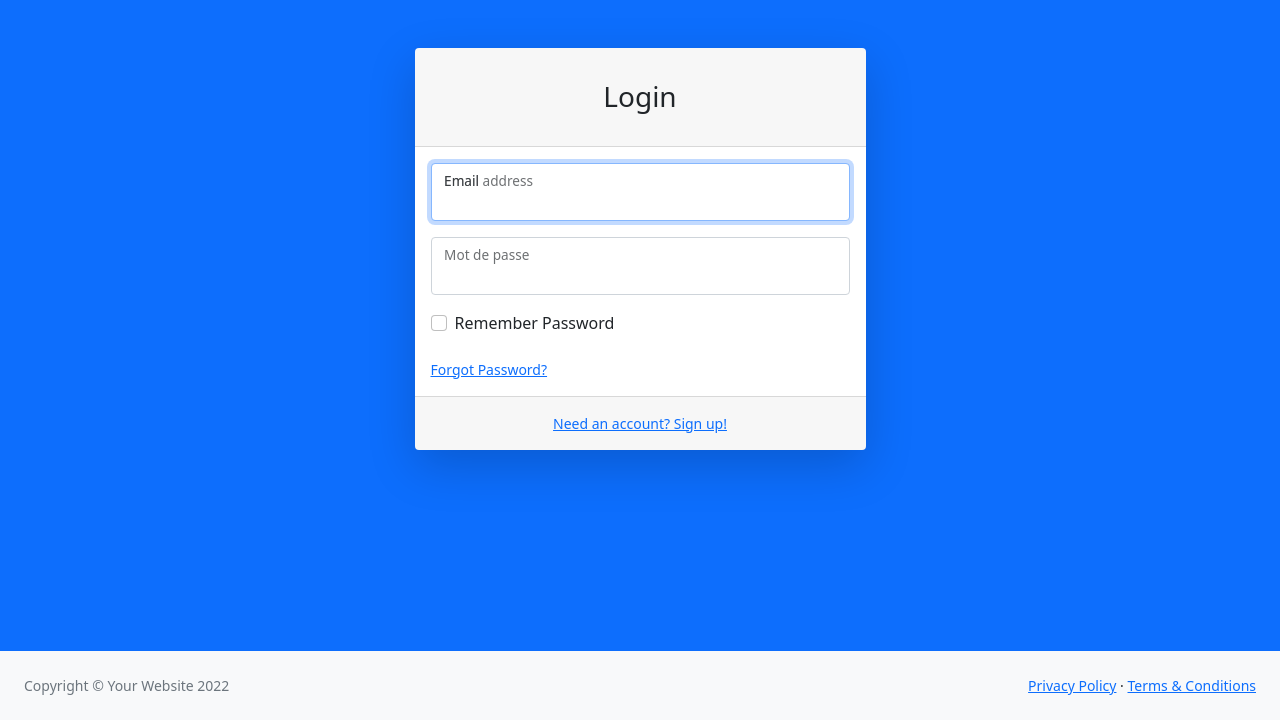
Repository: freddy1212/adulams
Page: templates/security/login.html.twig
An editor plug-in stored every save of this project. The page is shown before and after the next save, followed by the edit.
The browser window is 1280 px wide. The pictures show the whole page.
Some web libraries are served in a nearby version. The page is a Twig template of a Symfony application; nobody is signed in and links lead nowhere. The template is opened directly, without the code that normally fills it, so the values that code supplies are empty.

Above is the page before, as saved 2022-08-29 18:45:16.

After the next save:
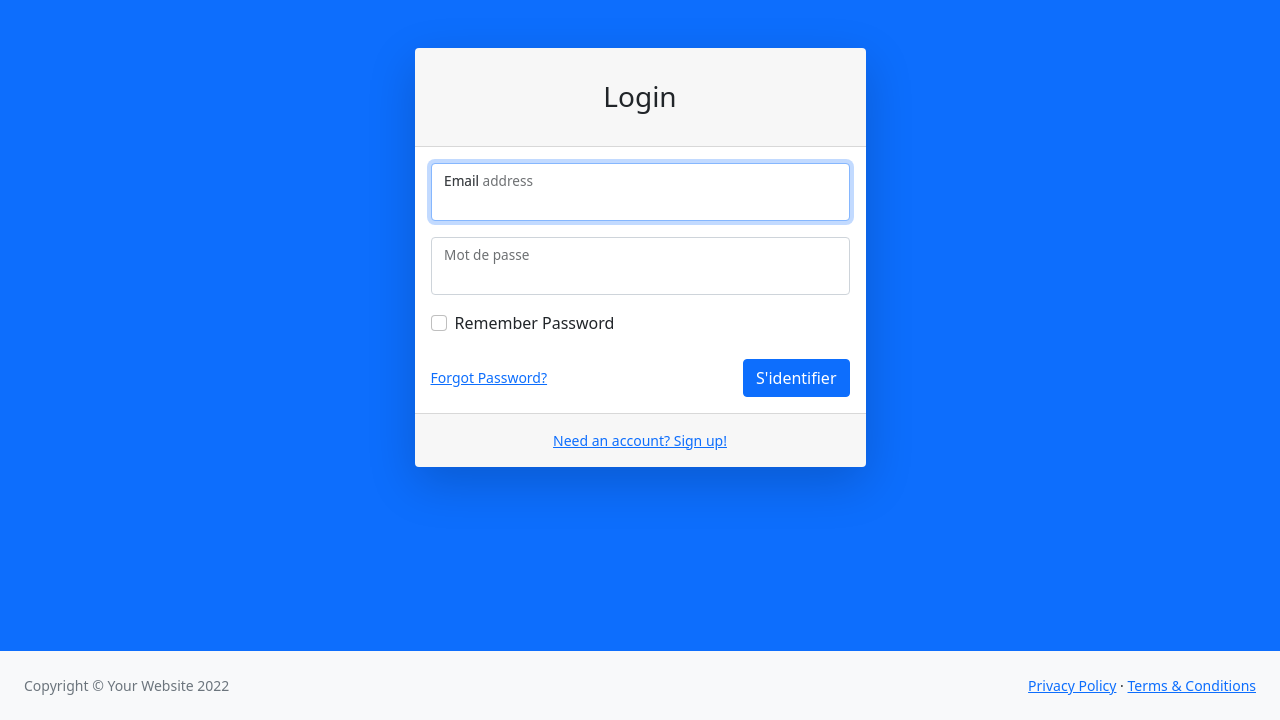
Saved 23 s later.
--- a/templates/security/login.html.twig
+++ b/templates/security/login.html.twig
@@ -45,7 +45,9 @@
                                             </div>
                                             <div class="d-flex align-items-center justify-content-between mt-4 mb-0">
                                                 <a class="small" href="password.html">Forgot Password?</a>
-
+                                                <button class="btn btn-primary" type="submit">
+                                                    S'identifier
+                                                </button>
                                             </div>
                                         </form>
                                         {% endblock %}
